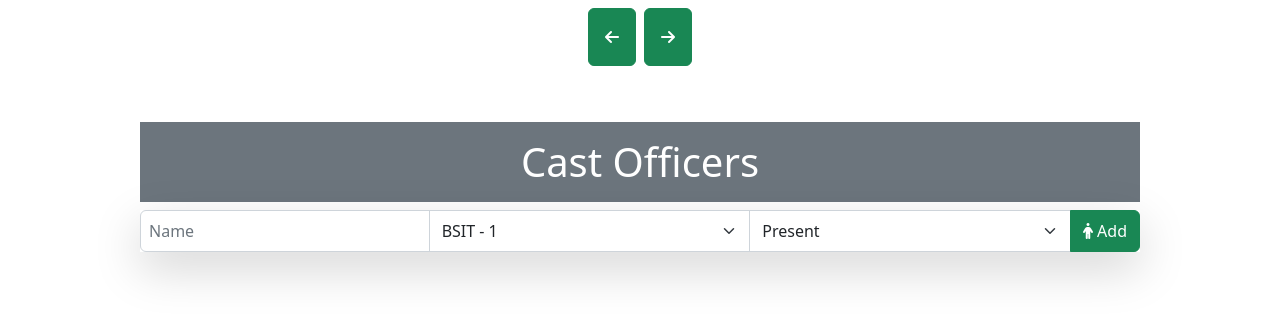
Repository: FRANZSAIJEM/livewire
Page: /second
An editor plug-in stored every save of this project. The page is shown before and after a run of saves, followed by the edit.
The browser window is 1280 px wide. The pictures show the whole page.
The page's requests for data from a server got no answer. Some web libraries are served in a nearby version. The project was rebuilt for these pictures with package versions that can differ from the ones it lists, and the page was loaded fresh each time. No one was signed in, and anything a server would have sent is missing. Also part of the build but not shown: vite.config.ts.

Above is the page before, as saved 2023-02-18 08:01:36.

After the next 5 saves:
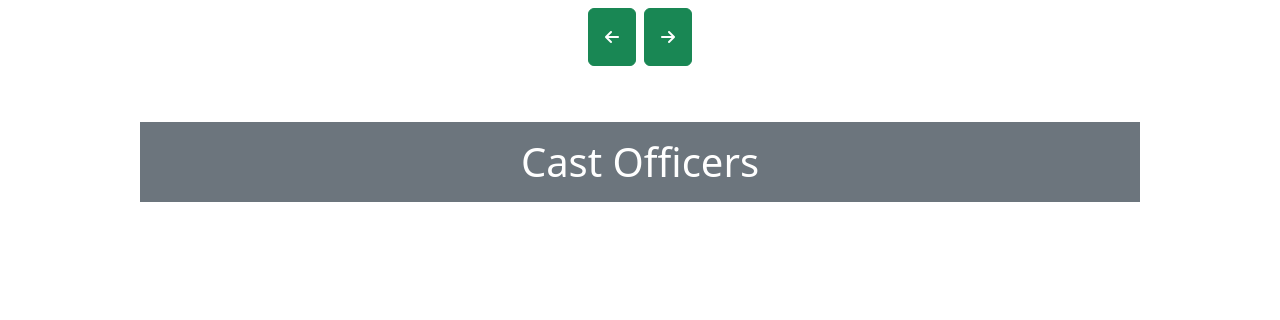
The 5 saves are shown as one change because they came seconds apart.
The last was saved 40 s later.
--- a/src/views/SecondPageView.vue
+++ b/src/views/SecondPageView.vue
@@ -15,7 +15,7 @@
 
           <form action="">
             <div class="input-group mb-5 shadow-lg">
-            <input v-model="newNameInput" type="text" name="" id="" class="form-control p-2" placeholder="Name" required>
+            <!-- <input v-model="newNameInput" type="text" name="" id="" class="form-control p-2" placeholder="Name" required>
 
               <select v-model="newYearInput" name="" id="" class="form-select" required>
                 <option value="BSIT - 1">BSIT - 1</option>
@@ -31,7 +31,7 @@
                 <option value="Late">Late</option>
               </select>
 
-              <button @click="addAttendance()" class="btn btn-success"><i class="fa fa-person"></i> Add</button>
+              <button @click="addAttendance()" class="btn btn-success"><i class="fa fa-person"></i> Add</button> -->
             </div>
           </form>
 
